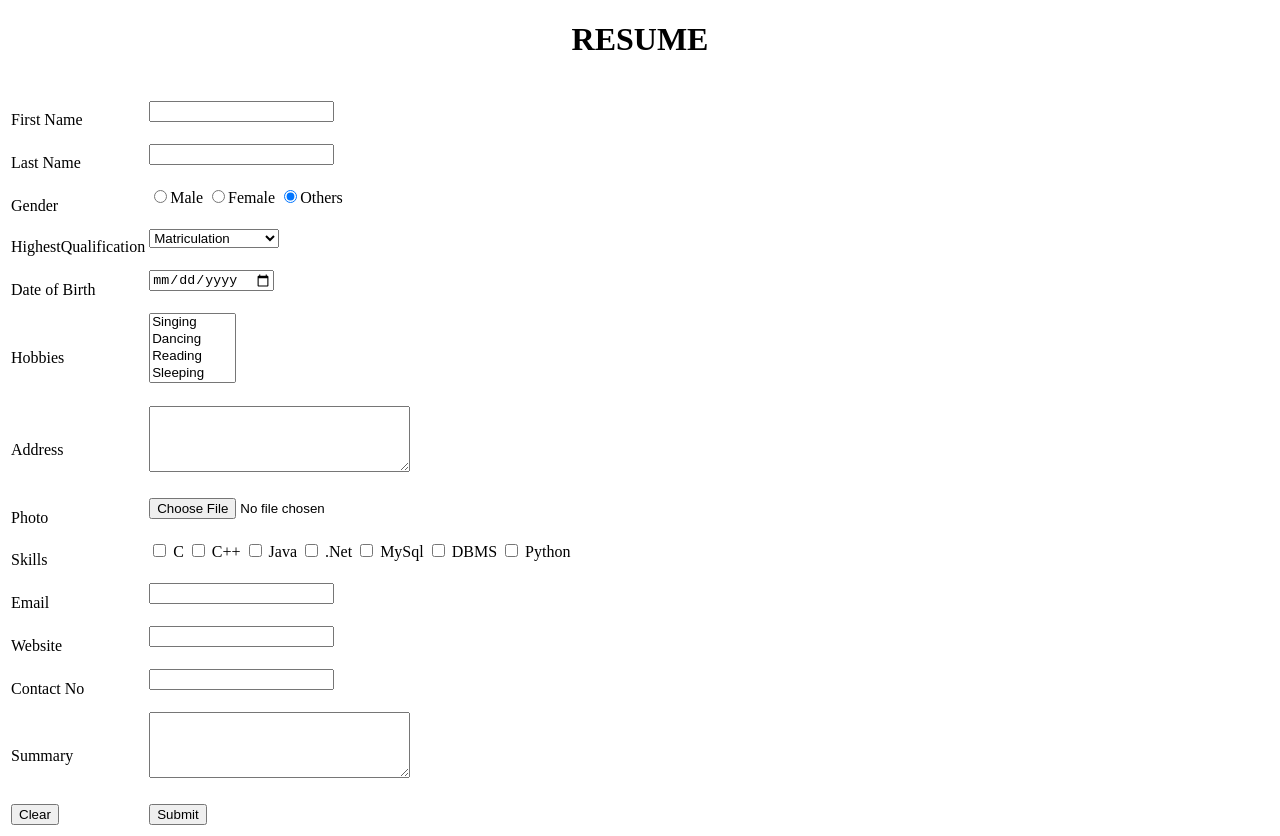
Repository: Rccalfa123/JEE
Page: MyFirstServlet/WebContent/Resume.html
The author's editor kept a copy of each file at every save. The page is drawn from the files as they stood at one save, then again after the next save.
The browser window is 1280 px wide. The pictures show the whole page.

Above is the page before, as saved 2018-08-07 13:39:17.

After the next save:
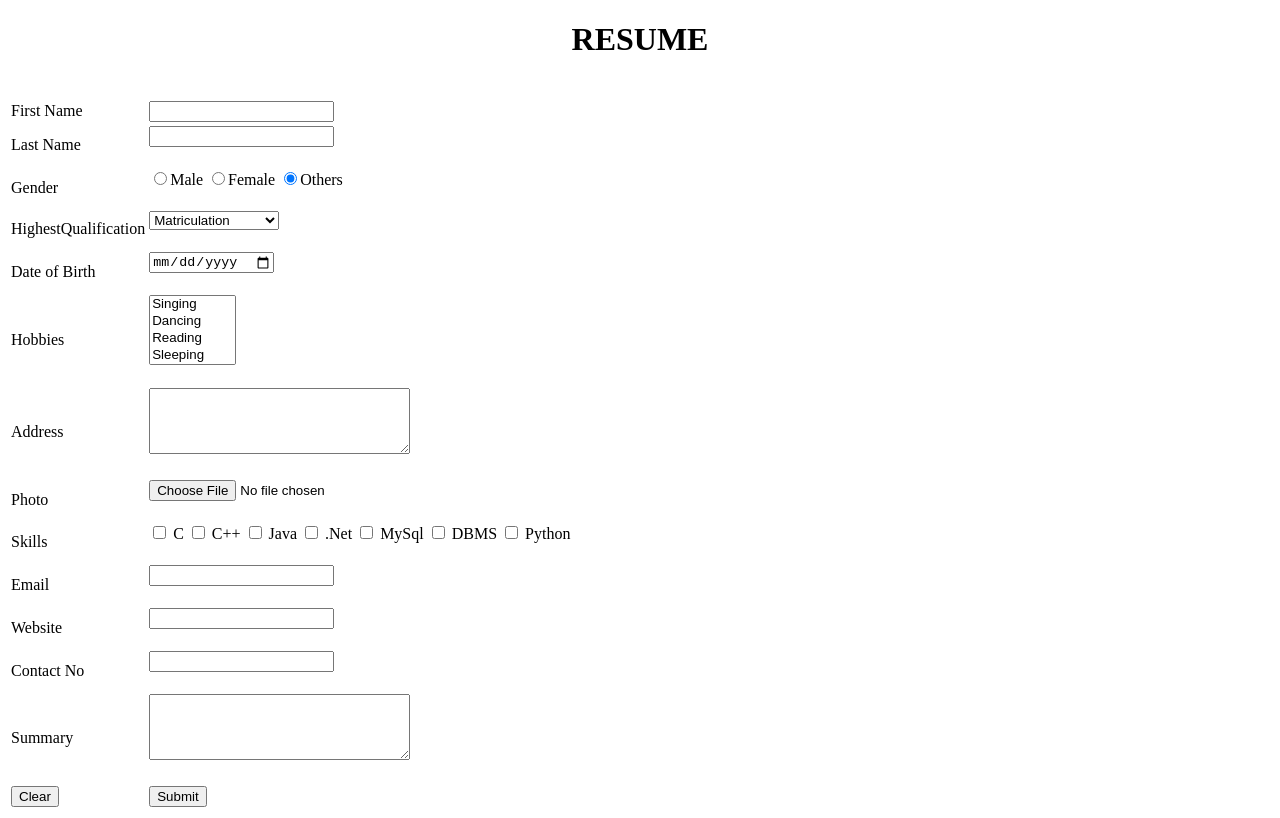
Saved 37 s later.
--- a/MyFirstServlet/WebContent/Resume.html
+++ b/MyFirstServlet/WebContent/Resume.html
@@ -8,7 +8,7 @@
    <form action="MyServlet" method="get">
    <h1 align="center"> RESUME </h1><br>
   <table >
-   <tr><td>First Name </td><td><input type="text" name="fname"><br><br></td></tr>
+   <tr><td>First Name </td><td><input type="text" name="fname"></td></tr>
 
    <tr><td>Last Name</td> <td> <input type="text" name="lname"><br><br></td></tr>
 
